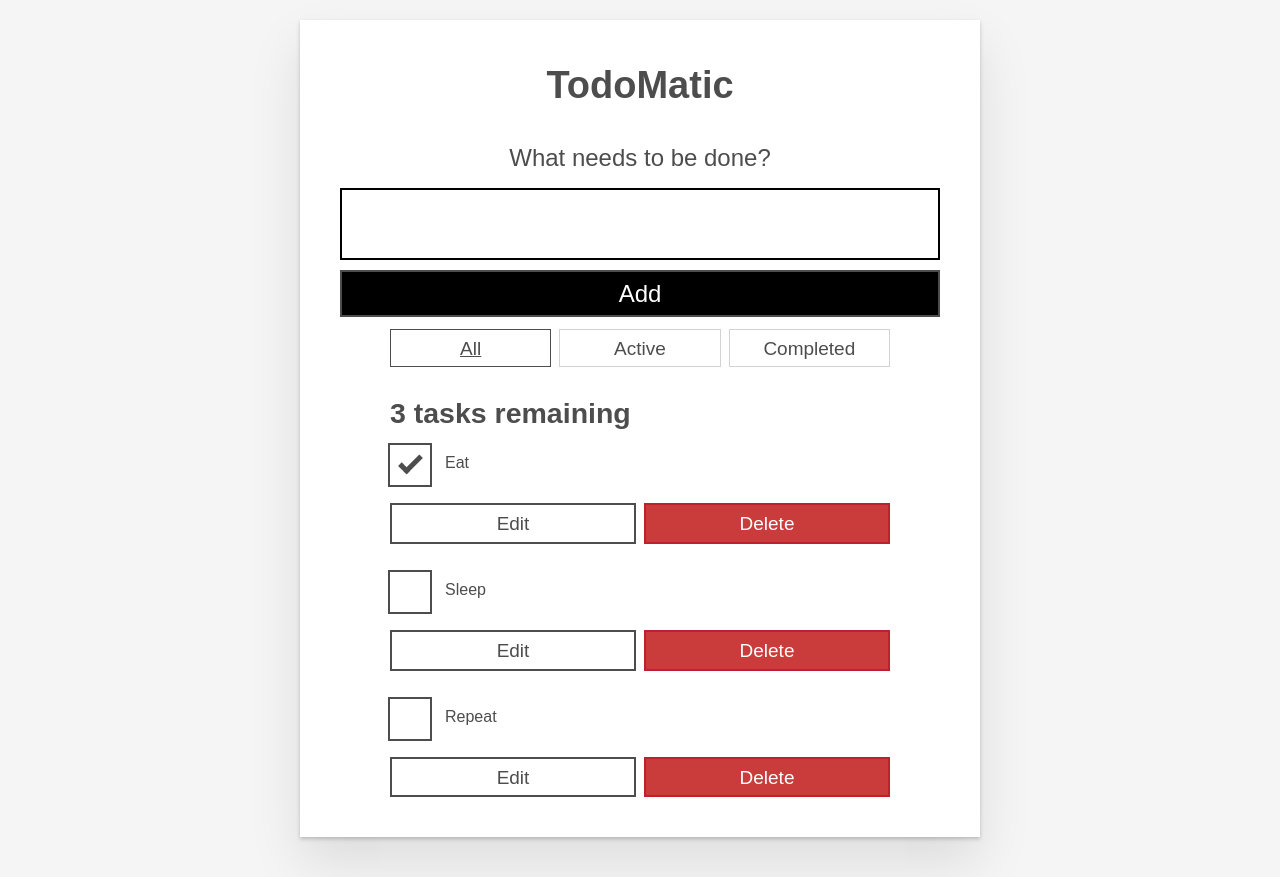
Repository: DevLaukey/todo
Page: /
The author's editor kept a copy of each file at every save. The page is drawn from the files as they stood at one save, then again after the next save.
The browser window is 1280 px wide. The pictures show the whole page.
The project was rebuilt for these pictures with package versions that can differ from the ones it lists, and the page was loaded fresh each time.

Above is the page before, as saved 2022-05-26 16:05:06.

### public/index.html
<!DOCTYPE html>
<html lang="en">
  <head>
    <meta charset="utf-8" />
    <link rel="icon" href="%PUBLIC_URL%/favicon.ico" />
    <meta name="viewport" content="width=device-width, initial-scale=1" />
    <meta name="theme-color" content="#000000" />
    <meta
      name="description"
      content="Web site created using create-react-app"
    />
    <link rel="apple-touch-icon" href="%PUBLIC_URL%/logo192.png" />
    <!--
      manifest.json provides metadata used when your web app is installed on a
      user's mobile device or desktop. See https://developers.google.com/web/fundamentals/web-app-manifest/
    -->
    <link rel="manifest" href="%PUBLIC_URL%/manifest.json" />
    <!--
      Notice the use of %PUBLIC_URL% in the tags above.
      It will be replaced with the URL of the `public` folder during the build.
      Only files inside the `public` folder can be referenced from the HTML.

      Unlike "/favicon.ico" or "favicon.ico", "%PUBLIC_URL%/favicon.ico" will
      work correctly both with client-side routing and a non-root public URL.
      Learn how to configure a non-root public URL by running `npm run build`.
    -->
<title>TodoMatic</title>
  </head>
  <body>
    <noscript>You need to enable JavaScript to run this app.</noscript>
    <div id="root"></div>
    <!--
      This HTML file is a template.
      If you open it directly in the browser, you will see an empty page.

      You can add webfonts, meta tags, or analytics to this file.
      The build step will place the bundled scripts into the <body> tag.

      To begin the development, run `npm start` or `yarn start`.
      To create a production bundle, use `npm run build` or `yarn build`.
    -->
  </body>
</html>

### src/index.js
import React from 'react';
import ReactDOM from 'react-dom/client';
import './index.css';
import App from './App';
import reportWebVitals from './reportWebVitals';
const DATA = [
  { id: "todo-0", name: "Eat", completed: true },
  { id: "todo-1", name: "Sleep", completed: false },
  { id: "todo-2", name: "Repeat", completed: false },
];

const root = ReactDOM.createRoot(document.getElementById('root'));
root.render(
  <React.StrictMode>
    <App tasks={DATA} />
  </React.StrictMode>
);

// If you want to start measuring performance in your app, pass a function
// to log results (for example: reportWebVitals(console.log))
// or send to an analytics endpoint. Learn more: https://bit.ly/CRA-vitals
reportWebVitals();

### src/App.js
import "./App.css"
import Todo from "./components/Todo";

function App(props) {
const taskList = props.tasks?.map((task) => task.name);

  return (
    <div className="todoapp stack-large">
      <h1>TodoMatic</h1>
      <form>
        <h2 className="label-wrapper">
          <label htmlFor="new-todo-input" className="label__lg">
            What needs to be done?
          </label>
        </h2>
        <input
          type="text"
          id="new-todo-input"
          className="input input__lg"
          name="text"
          autoComplete="off"
        />
        <button type="submit" className="btn btn__primary btn__lg">
          Add
        </button>
      </form>
      <div className="filters btn-group stack-exception">
        <button type="button" className="btn toggle-btn" aria-pressed="true">
          <span className="visually-hidden">Show </span>
          <span>all</span>
          <span className="visually-hidden"> tasks</span>
        </button>
        <button type="button" className="btn toggle-btn" aria-pressed="false">
          <span className="visually-hidden">Show </span>
          <span>Active</span>
          <span className="visually-hidden"> tasks</span>
        </button>
        <button type="button" className="btn toggle-btn" aria-pressed="false">
          <span className="visually-hidden">Show </span>
          <span>Completed</span>
          <span className="visually-hidden"> tasks</span>
        </button>
      </div>
      <h2 id="list-heading">3 tasks remaining</h2>
      <ul
        className="todo-list stack-large stack-exception"
        aria-labelledby="list-heading"
      >
        <Todo name="Eat" completed={true} id="todo-0" />
        <Todo name="Sleep" completed={false} id="todo-1" />
        <Todo name="Repeat" completed={false} id="todo-2" />
      </ul>
    </div>
  );
}

export default App;

### src/App.css
*,
*::before,
*::after {
  box-sizing: border-box;
}
*:focus {
  outline: 3px dashed #228bec;
  outline-offset: 0;
}
html {
  font: 62.5% / 1.15 sans-serif;
}
h1,
h2 {
  margin-bottom: 0;
}
ul {
  list-style: none;
  padding: 0;
}
button {
  border: none;
  margin: 0;
  padding: 0;
  width: auto;
  overflow: visible;
  background: transparent;
  color: inherit;
  font: inherit;
  line-height: normal;
  -webkit-font-smoothing: inherit;
  -moz-osx-font-smoothing: inherit;
  -webkit-appearance: none;
}
button::-moz-focus-inner {
  border: 0;
}
button,
input,
optgroup,
select,
textarea {
  font-family: inherit;
  font-size: 100%;
  line-height: 1.15;
  margin: 0;
}
button,
input {
  overflow: visible;
}
input[type="text"] {
  border-radius: 0;
}
body {
  width: 100%;
  max-width: 68rem;
  margin: 0 auto;
  font: 1.6rem/1.25 Arial, sans-serif;
  background-color: #f5f5f5;
  color: #4d4d4d;
}
@media screen and (min-width: 620px) {
  body {
    font-size: 1.9rem;
    line-height: 1.31579;
  }
}
/*END RESETS*/
/* GLOBAL STYLES */
.form-group > input[type="text"] {
  display: inline-block;
  margin-top: 0.4rem;
}
.btn {
  padding: 0.8rem 1rem 0.7rem;
  border: 0.2rem solid #4d4d4d;
  cursor: pointer;
  text-transform: capitalize;
}
.btn.toggle-btn {
  border-width: 1px;
  border-color: #d3d3d3;
}
.btn.toggle-btn[aria-pressed="true"] {
  text-decoration: underline;
  border-color: #4d4d4d;
}
.btn__danger {
  color: #fff;
  background-color: #ca3c3c;
  border-color: #bd2130;
}
.btn__filter {
  border-color: lightgrey;
}
.btn__primary {
  color: #fff;
  background-color: #000;
}
.btn-group {
  display: flex;
  justify-content: space-between;
}
.btn-group > * {
  flex: 1 1 49%;
}
.btn-group > * + * {
  margin-left: 0.8rem;
}
.label-wrapper {
  margin: 0;
  flex: 0 0 100%;
  text-align: center;
}
.visually-hidden {
  position: absolute !important;
  height: 1px;
  width: 1px;
  overflow: hidden;
  clip: rect(1px 1px 1px 1px);
  clip: rect(1px, 1px, 1px, 1px);
  white-space: nowrap;
}
[class*="stack"] > * {
  margin-top: 0;
  margin-bottom: 0;
}
.stack-small > * + * {
  margin-top: 1.25rem;
}
.stack-large > * + * {
  margin-top: 2.5rem;
}
@media screen and (min-width: 550px) {
  .stack-small > * + * {
    margin-top: 1.4rem;
  }
  .stack-large > * + * {
    margin-top: 2.8rem;
  }
}
.stack-exception {
  margin-top: 1.2rem;
}
/* END GLOBAL STYLES */
.todoapp {
  background: #fff;
  margin: 2rem 0 4rem 0;
  padding: 1rem;
  position: relative;
  box-shadow: 0 2px 4px 0 rgba(0, 0, 0, 0.2), 0 2.5rem 5rem 0 rgba(0, 0, 0, 0.1);
}
@media screen and (min-width: 550px) {
  .todoapp {
    padding: 4rem;
  }
}
.todoapp > * {
  max-width: 50rem;
  margin-left: auto;
  margin-right: auto;
}
.todoapp > form {
  max-width: 100%;
}
.todoapp > h1 {
  display: block;
  max-width: 100%;
  text-align: center;
  margin: 0;
  margin-bottom: 1rem;
}
.label__lg {
  line-height: 1.01567;
  font-weight: 300;
  padding: 0.8rem;
  margin-bottom: 1rem;
  text-align: center;
}
.input__lg {
  padding: 2rem;
  border: 2px solid #000;
}
.input__lg:focus {
  border-color: #4d4d4d;
  box-shadow: inset 0 0 0 2px;
}
[class*="__lg"] {
  display: inline-block;
  width: 100%;
  font-size: 1.9rem;
}
[class*="__lg"]:not(:last-child) {
  margin-bottom: 1rem;
}
@media screen and (min-width: 620px) {
  [class*="__lg"] {
    font-size: 2.4rem;
  }
}
.filters {
  width: 100%;
  margin: unset auto;
}
/* Todo item styles */
.todo {
  display: flex;
  flex-direction: row;
  flex-wrap: wrap;
}
.todo > * {
  flex: 0 0 100%;
}
.todo-text {
  width: 100%;
  min-height: 4.4rem;
  padding: 0.4rem 0.8rem;
  border: 2px solid #565656;
}
.todo-text:focus {
  box-shadow: inset 0 0 0 2px;
}
/* CHECKBOX STYLES */
.c-cb {
  box-sizing: border-box;
  font-family: Arial, sans-serif;
  -webkit-font-smoothing: antialiased;
  font-weight: 400;
  font-size: 1.6rem;
  line-height: 1.25;
  display: block;
  position: relative;
  min-height: 44px;
  padding-left: 40px;
  clear: left;
}
.c-cb > label::before,
.c-cb > input[type="checkbox"] {
  box-sizing: border-box;
  top: -2px;
  left: -2px;
  width: 44px;
  height: 44px;
}
.c-cb > input[type="checkbox"] {
  -webkit-font-smoothing: antialiased;
  cursor: pointer;
  position: absolute;
  z-index: 1;
  margin: 0;
  opacity: 0;
}
.c-cb > label {
  font-size: inherit;
  font-family: inherit;
  line-height: inherit;
  display: inline-block;
  margin-bottom: 0;
  padding: 8px 15px 5px;
  cursor: pointer;
  touch-action: manipulation;
}
.c-cb > label::before {
  content: "";
  position: absolute;
  border: 2px solid currentcolor;
  background: transparent;
}
.c-cb > input[type="checkbox"]:focus + label::before {
  border-width: 4px;
  outline: 3px dashed #228bec;
}
.c-cb > label::after {
  box-sizing: content-box;
  content: "";
  position: absolute;
  top: 11px;
  left: 9px;
  width: 18px;
  height: 7px;
  transform: rotate(-45deg);
  border: solid;
  border-width: 0 0 5px 5px;
  border-top-color: transparent;
  opacity: 0;
  background: transparent;
}
.c-cb > input[type="checkbox"]:checked + label::after {
  opacity: 1;
}

### src/components/Todo.js
import React from 'react'

function Todo(props) {
  return (
    <li className="todo stack-small">
      <div className="c-cb">
        <input id={props.id} type="checkbox" defaultChecked={props.completed} />

        <label className="todo-label" htmlFor="todo-0">
          {props.name}
        </label>
      </div>
      <div className="btn-group">
        <button type="button" className="btn">
          Edit <span className="visually-hidden">{props.name}</span>
        </button>
        <button type="button" className="btn btn__danger">
          Delete <span className="visually-hidden"> {props.name}</span>
        </button>
      </div>
    </li>
  );
}

export default Todo

Loaded but not shown: src/index.css (common file); src/reportWebVitals.js (common file)

After the next save:
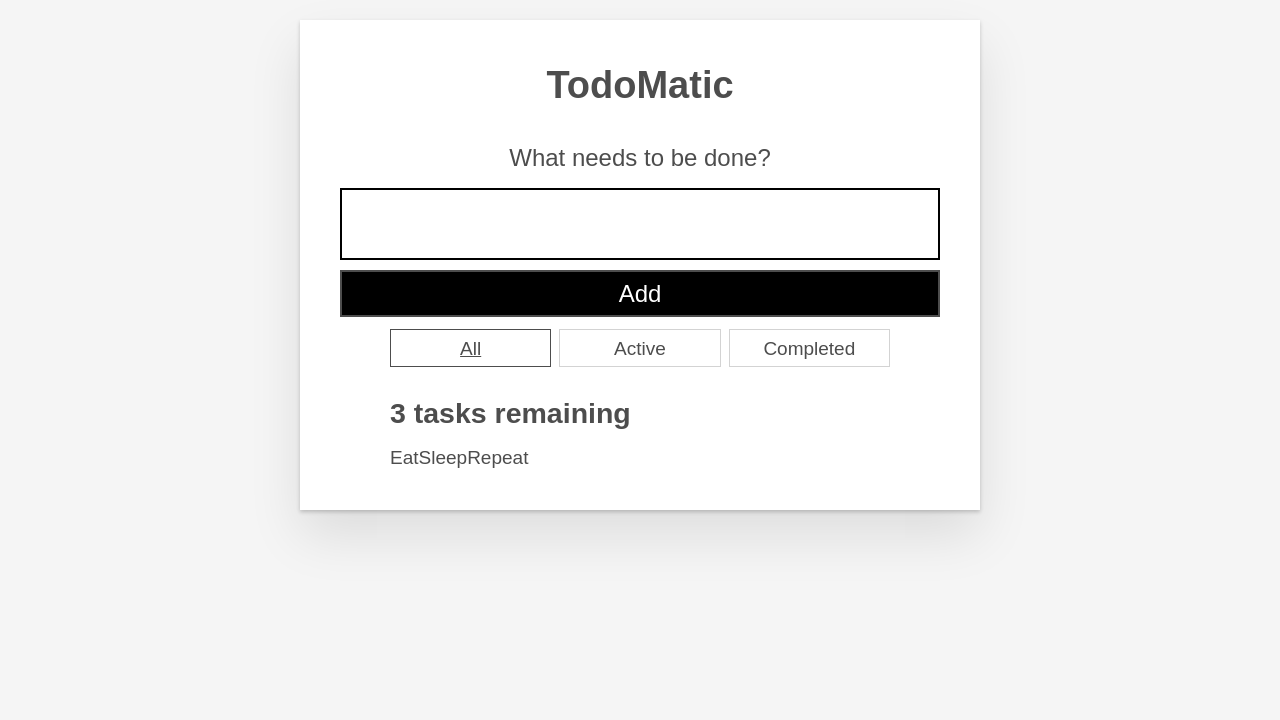
Saved 3 min 59 s later.
--- a/src/App.js
+++ b/src/App.js
@@ -46,9 +46,7 @@ const taskList = props.tasks?.map((task) => task.name);
         className="todo-list stack-large stack-exception"
         aria-labelledby="list-heading"
       >
-        <Todo name="Eat" completed={true} id="todo-0" />
-        <Todo name="Sleep" completed={false} id="todo-1" />
-        <Todo name="Repeat" completed={false} id="todo-2" />
+        {taskList}
       </ul>
     </div>
   );

After the 2 saves that followed:
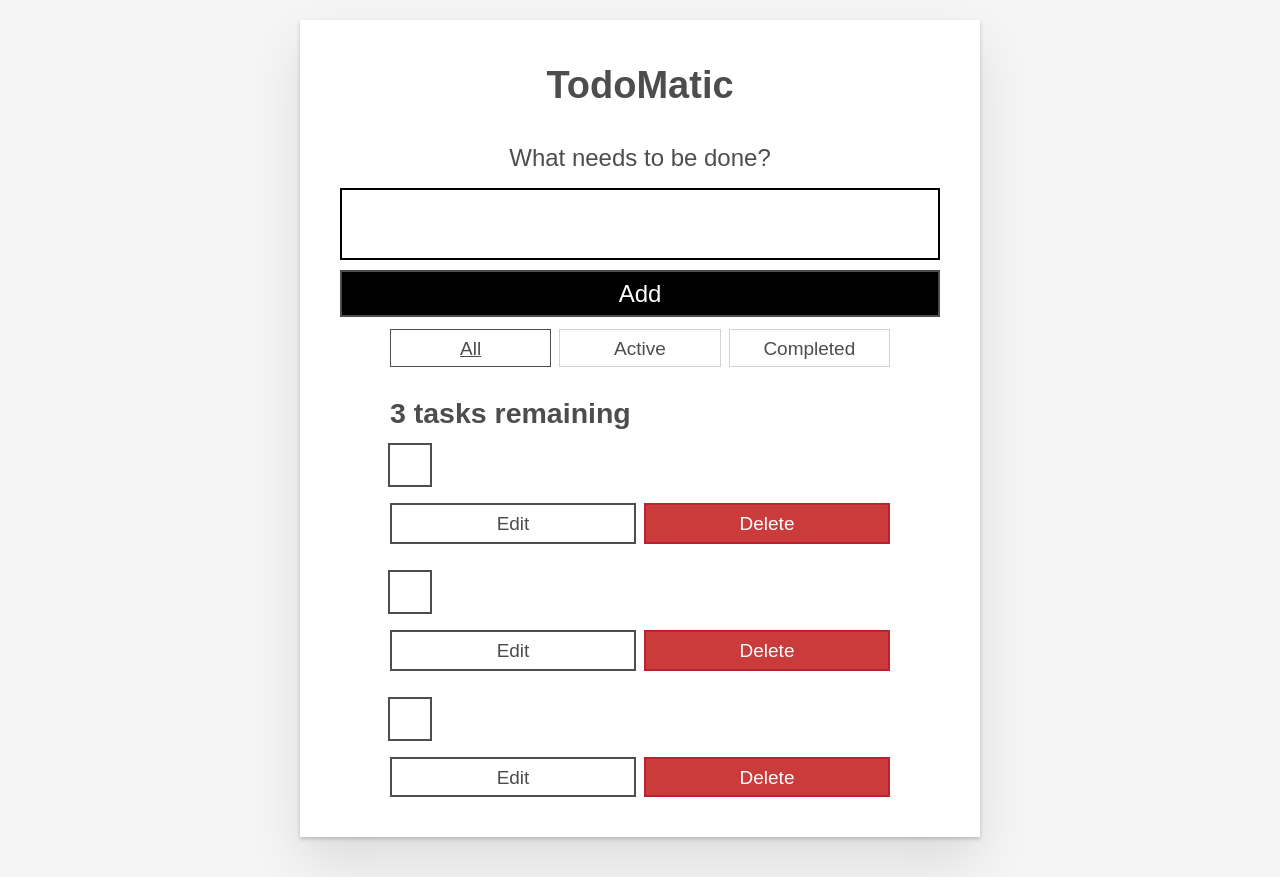
The 2 saves are shown as one change because 1 did not build or start.
The last was saved 30 s later.
--- a/src/App.js
+++ b/src/App.js
@@ -2,7 +2,7 @@ import "./App.css"
 import Todo from "./components/Todo";
 
 function App(props) {
-const taskList = props.tasks?.map((task) => task.name);
+const taskList = props.tasks?.map((task) => <Todo />);
 
   return (
     <div className="todoapp stack-large">
